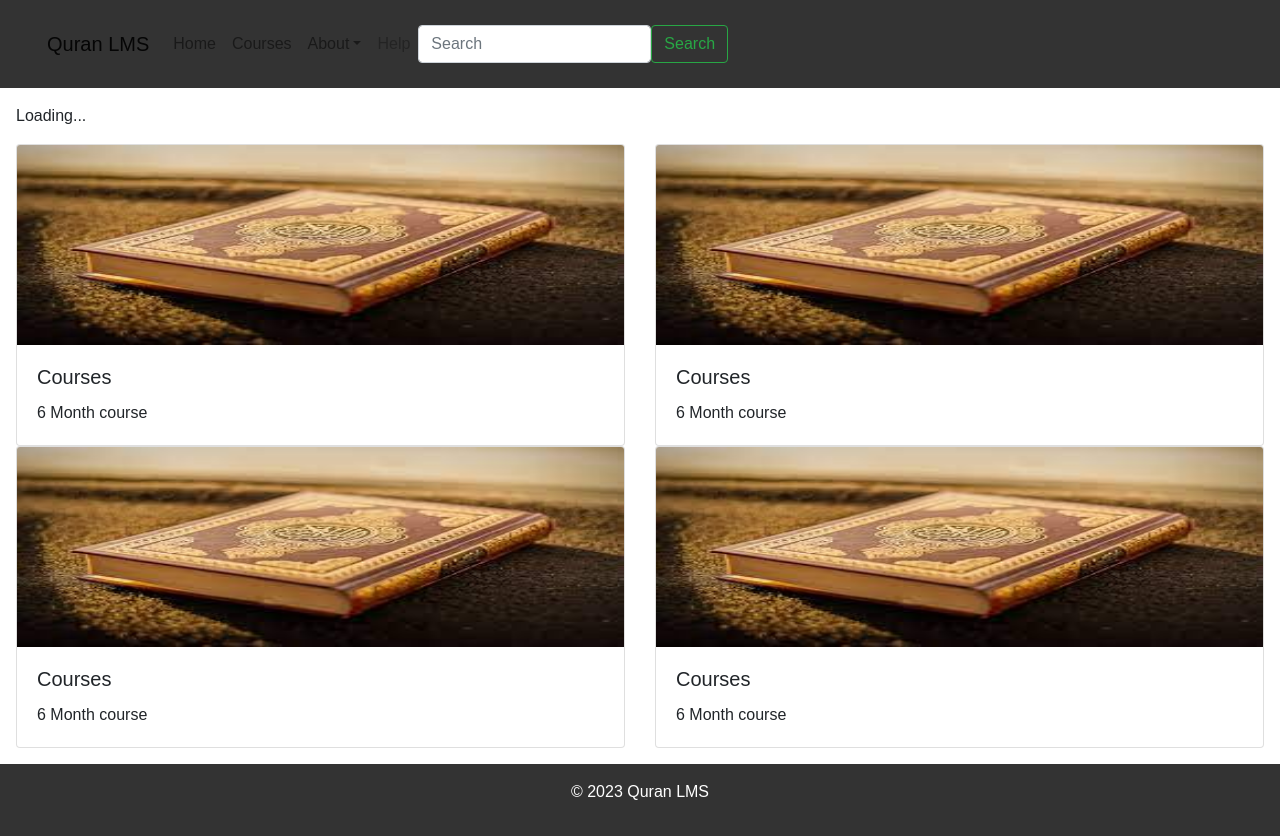
Repository: talha-mahmood/Quran-Lms-react
Page: /
The author's editor kept a copy of each file at every save. The page is drawn from the files as they stood at one save, then again after a run of saves.
The browser window is 1280 px wide. The pictures show the whole page.
The page's requests for data from a server got no answer. The project was rebuilt for these pictures with package versions that can differ from the ones it lists, and the page was loaded fresh each time. No one was signed in, and anything a server would have sent is missing.

Above is the page before, as saved 2023-03-08 01:57:27.

### public/index.html
<!DOCTYPE html>
<html lang="en">
  <head>
    <meta charset="utf-8" />
    <link rel="icon" href="%PUBLIC_URL%/favicon.ico" />
    <meta name="viewport" content="width=device-width, initial-scale=1" />
    <meta name="theme-color" content="#000000" />
    <meta
      name="description"
      content="Web site created using create-react-app"
    />

    <link rel="apple-touch-icon" href="%PUBLIC_URL%/logo192.png" />
    <link rel="stylesheet" href="https://cdn.jsdelivr.net/npm/bootstrap@4.4.1/dist/css/bootstrap.min.css" integrity="sha384-Vkoo8x4CGsO3+Hhxv8T/Q5PaXtkKtu6ug5TOeNV6gBiFeWPGFN9MuhOf23Q9Ifjh" crossorigin="anonymous">
    <script src="https://code.jquery.com/jquery-3.4.1.slim.min.js" integrity="sha384-J6qa4849blE2+poT4WnyKhv5vZF5SrPo0iEjwBvKU7imGFAV0wwj1yYfoRSJoZ+n" crossorigin="anonymous"></script>
   <script src="https://cdn.jsdelivr.net/npm/popper.js@1.16.0/dist/umd/popper.min.js" integrity="sha384-Q6E9RHvbIyZFJoft+2mJbHaEWldlvI9IOYy5n3zV9zzTtmI3UksdQRVvoxMfooAo" crossorigin="anonymous"></script>
   <script src="https://cdn.jsdelivr.net/npm/bootstrap@4.4.1/dist/js/bootstrap.min.js" integrity="sha384-wfSDF2E50Y2D1uUdj0O3uMBJnjuUD4Ih7YwaYd1iqfktj0Uod8GCExl3Og8ifwB6" crossorigin="anonymous"></script>
    <!--
      manifest.json provides metadata used when your web app is installed on a
      user's mobile device or desktop. See https://developers.google.com/web/fundamentals/web-app-manifest/
    -->
    <link rel="manifest" href="%PUBLIC_URL%/manifest.json" />
    <!--
      Notice the use of %PUBLIC_URL% in the tags above.
      It will be replaced with the URL of the `public` folder during the build.
      Only files inside the `public` folder can be referenced from the HTML.

      Unlike "/favicon.ico" or "favicon.ico", "%PUBLIC_URL%/favicon.ico" will
      work correctly both with client-side routing and a non-root public URL.
      Learn how to configure a non-root public URL by running `npm run build`.
    -->
    <title>React App</title>
  </head>
  <body>
    <noscript>You need to enable JavaScript to run this app.</noscript>
    <div id="root"></div>

    <!--
      This HTML file is a template.
      If you open it directly in the browser, you will see an empty page.

      You can add webfonts, meta tags, or analytics to this file.
      The build step will place the bundled scripts into the <body> tag.

      To begin the development, run `npm start` or `yarn start`.
      To create a production bundle, use `npm run build` or `yarn build`.
    -->
  </body>
</html>

### src/App.js
import './App.css';
import React,{Component} from 'react';
import Button from 'react-bootstrap/Button';
import Container from 'react-bootstrap/Container';
import Form from 'react-bootstrap/Form';
import Nav from 'react-bootstrap/Nav';
import Navbar from 'react-bootstrap/Navbar';
import NavDropdown from 'react-bootstrap/NavDropdown';
import Card from 'react-bootstrap/Card';
import Col from 'react-bootstrap/Col';
import Row from 'react-bootstrap/Row';
import myimg from './download.jpeg'
class QuranLMS extends Component {
  state = {
    verses: [],
    isLoading: true
  };

  async componentDidMount() {
    const response = await fetch("https://api.quran.com/api/v4/quran/verses/uthmani?chapter_number=1");
    const data = await response.json();
    this.setState({
      verses: data.verses,
      isLoading: false
    });
  }

  render() {
    const { verses, isLoading } = this.state;
    return (
      <div>


          <div>
          <header>
          <Navbar bg="" expand="lg" >
      <Container fluid>
        <Navbar.Brand href="#" >Quran LMS</Navbar.Brand>
        <Navbar.Toggle aria-controls="navbarScroll" />
        <Navbar.Collapse id="navbarScroll">
          <Nav
            className="me-auto my-2 my-lg-0"
            style={{ maxHeight: '100px' }}
            navbarScroll
          >
            <Nav.Link href="#action1">Home</Nav.Link>
            <Nav.Link href="#action2">Courses</Nav.Link>
            <NavDropdown title="About" id="navbarScrollingDropdown">
              <NavDropdown.Item href="#action3">Register</NavDropdown.Item>
              <NavDropdown.Item href="#action4">
                Another action
              </NavDropdown.Item>
              <NavDropdown.Divider />
              <NavDropdown.Item href="#action5">
                Something else here
              </NavDropdown.Item>
            </NavDropdown>
            <Nav.Link href="#" disabled>
              Help
            </Nav.Link>
          </Nav>
          <Form className="d-flex">
            <Form.Control
              type="search"
              placeholder="Search"
              className="me-2"
              aria-label="Search"
            />
            <Button variant="outline-success">Search</Button>
          </Form>
        </Navbar.Collapse>
      </Container>
    </Navbar>
    </header>
          </div>



        <main>
          {isLoading ? (
            <p>Loading...</p>
          ) : (
            verses.map((verse) => (
              <p key={verse.id}>{verse.text_uthmani}</p>
            ))
          )}
          <div>
          <Row xs={1} md={2} className="g-4">
      {Array.from({ length: 4 }).map((_, idx) => (
        <Col>
          <Card>
            <Card.Img variant="top" src={myimg} />

            <Card.Body>
              <Card.Title>Courses</Card.Title>
              <Card.Text>
                6 Month course
              </Card.Text>
            </Card.Body>
          </Card>
        </Col>
      ))}
    </Row>
          </div>

        </main>
        <footer>
          <p>&copy; 2023 Quran LMS</p>
        </footer>
      </div>
    );
  }
}

export default QuranLMS;

### src/App.css
body {
  font-family: Arial, sans-serif;
  margin: 0;
}

header {
  background-color: #333;
  color: #fff;
  padding: 1em;
}

header h1 {
  margin: 0;
}

main {
  padding: 1em;
}

footer {
  background-color: #333;
  color: #fff;
  padding: 1em;
  text-align: center;
}
img{
  height:200px;
  max-width: ;
}

Loaded but not shown: src/index.js (common file); src/index.css (common file); src/reportWebVitals.js (common file)

After the next 2 saves:
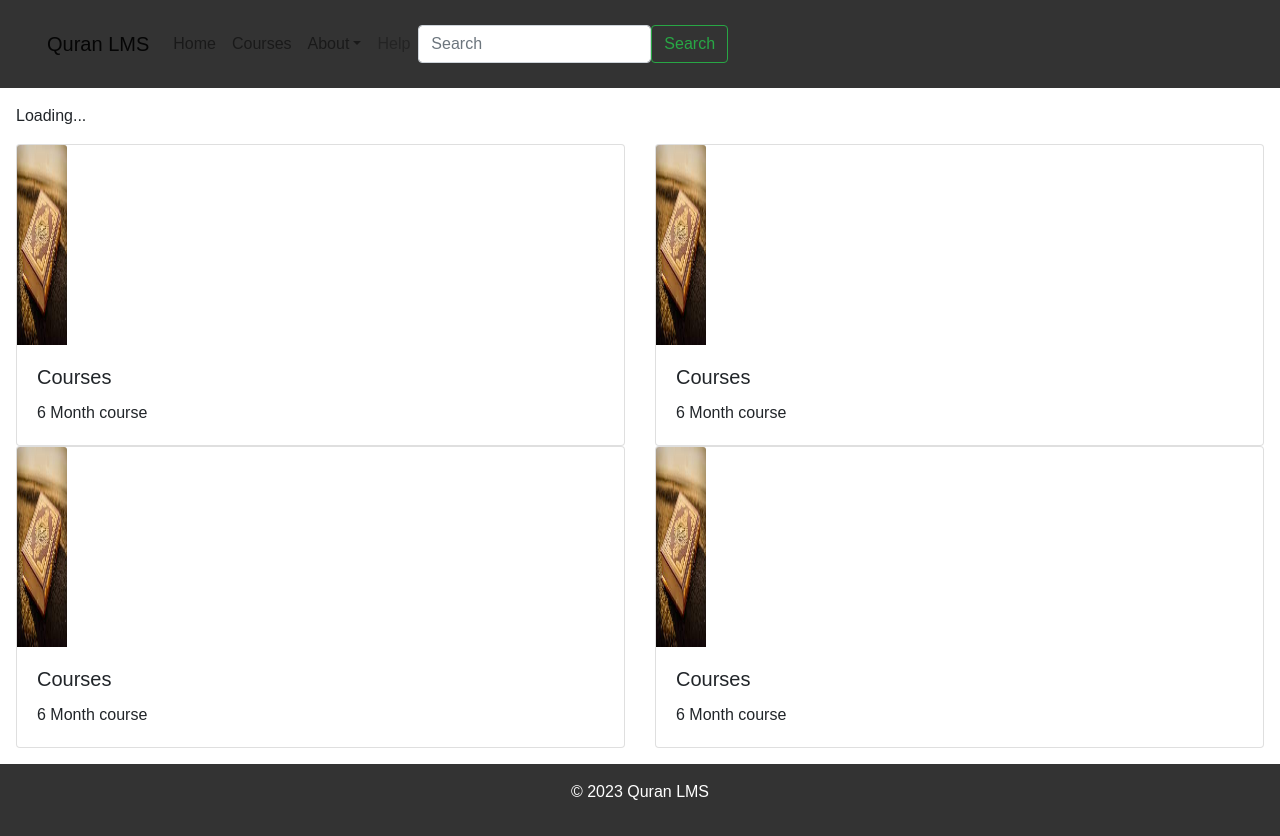
The 2 saves are shown as one change because they came seconds apart.
The last was saved 7 s later.
--- a/src/App.css
+++ b/src/App.css
@@ -25,5 +25,5 @@ footer {
 }
 img{
   height:200px;
-  max-width: ;
+  max-width:50px;
 }
